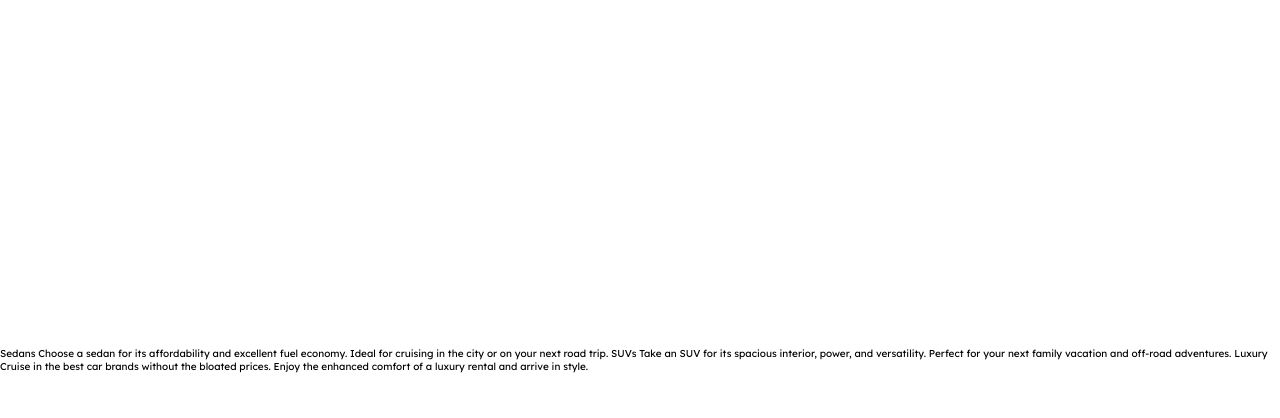
Repository: thaibaocoder1/3-column-card
Page: index.html
These files come from the project's save history. The page is drawn as it stood at one moment and after the next save; the edit follows.
The browser window is 1280 px wide. The pictures show the whole page.

Above is the page before, as saved 2023-01-11 20:41:19.

After the next save:
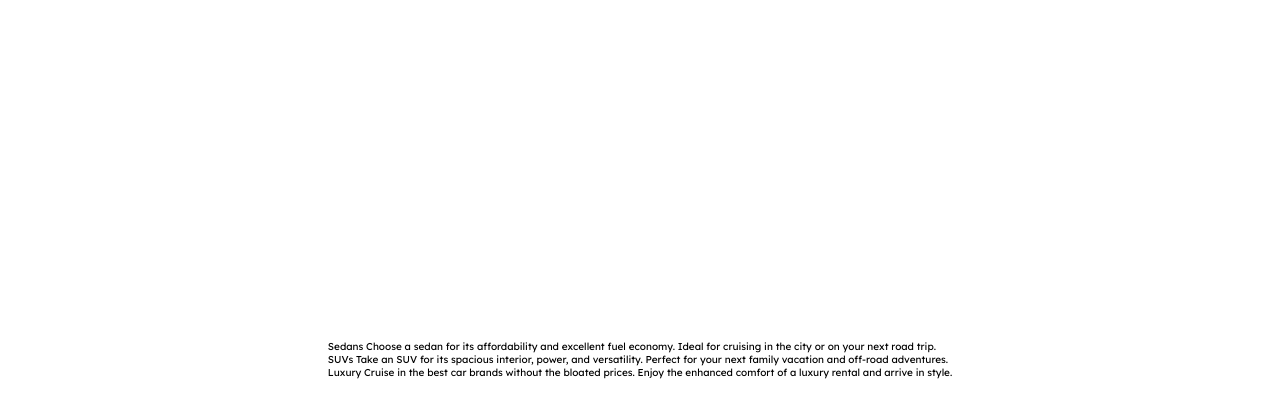
Saved 77 s later.
--- a/index.html
+++ b/index.html
@@ -13,17 +13,23 @@
 <body>
 
   <main class="container">
-    Sedans
-    Choose a sedan for its affordability and excellent fuel economy. Ideal for cruising in the city
-    or on your next road trip.
+    <div class="container__box">
+      Sedans
+      Choose a sedan for its affordability and excellent fuel economy. Ideal for cruising in the city
+      or on your next road trip.
+    </div>
 
-    SUVs
-    Take an SUV for its spacious interior, power, and versatility. Perfect for your next family vacation
-    and off-road adventures.
+    <div class="container__box">
+      SUVs
+      Take an SUV for its spacious interior, power, and versatility. Perfect for your next family vacation
+      and off-road adventures.
+    </div>
 
-    Luxury
-    Cruise in the best car brands without the bloated prices. Enjoy the enhanced comfort of a luxury
-    rental and arrive in style.
+    <div class="container__box">
+      Luxury
+      Cruise in the best car brands without the bloated prices. Enjoy the enhanced comfort of a luxury
+      rental and arrive in style.
+    </div>
   </main>
 
 
